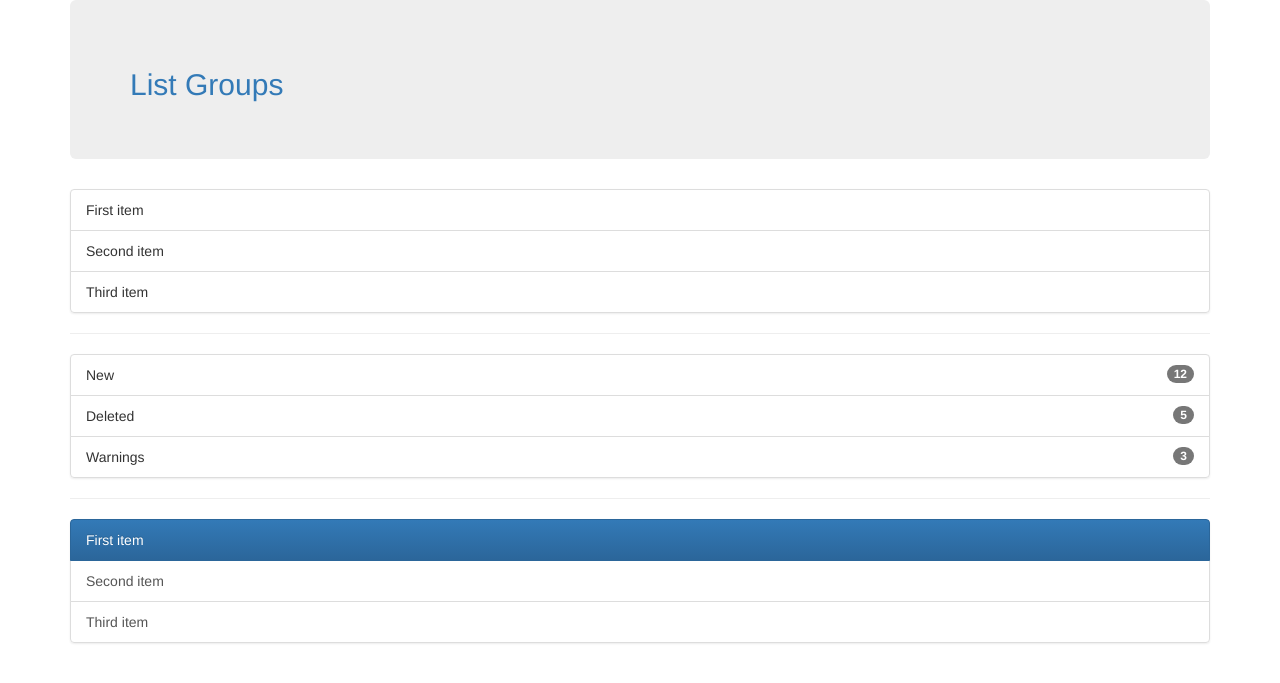
Repository: jksfoTemp/html-css-js
Page: -HTML5/bootstrap/listGroups.html
The author's editor kept a record of every edit. The page is drawn from the files as they stood at one moment, then again after the next edit.
The browser window is 1280 px wide. The pictures show the whole page.
Some web libraries are served in a nearby version.

Above is the page before.

### -HTML5/bootstrap/listGroups.html
<!DOCTYPE html>
<html lang="en">

<head>
    <title>Bootstrap - List Groups</title>
    <meta charset="utf-8">
    <meta name="viewport" content="width=device-width, initial-scale=1">

    <!-- <link rel="stylesheet" href="http://reset5.googlecode.com/hg/reset.min.css"> -->

    <!-- Latest compiled and minified CSS -->
    <link rel="stylesheet" href="https://maxcdn.bootstrapcdn.com/bootstrap/3.3.2/css/bootstrap.min.css">

    <!-- Optional theme -->
    <link rel="stylesheet" href="https://maxcdn.bootstrapcdn.com/bootstrap/3.3.2/css/bootstrap-theme.min.css">

    <script src="https://code.jquery.com/jquery-2.1.3.min.js"></script>

    <!-- Latest compiled and minified JavaScript -->
    <script src="https://maxcdn.bootstrapcdn.com/bootstrap/3.3.2/js/bootstrap.min.js">
    </script>

</head>

<body>
    <div class="container">
        <div class="jumbotron ">
            <h2><a href="http://www.w3schools.com/bootstrap/bootstrap_list_groups.asp">List Groups</a></h2>
        </div>

<ul class="list-group">
  <li class="list-group-item">First item</li>
  <li class="list-group-item">Second item</li>
  <li class="list-group-item">Third item</li>
</ul>
<hr />

<ul class="list-group">
  <li class="list-group-item"><span class="badge">12</span> New</li>
  <li class="list-group-item"><span class="badge">5</span> Deleted</li>
  <li class="list-group-item"><span class="badge">3</span> Warnings</li>
</ul>
<hr />

<div class="list-group">
  <a href="#" class="list-group-item active">First item</a>
  <a href="#" class="list-group-item">Second item</a>
  <a href="#" class="list-group-item">Third item</a>
</div>

    </div>
</body>

</html>

After the next edit:
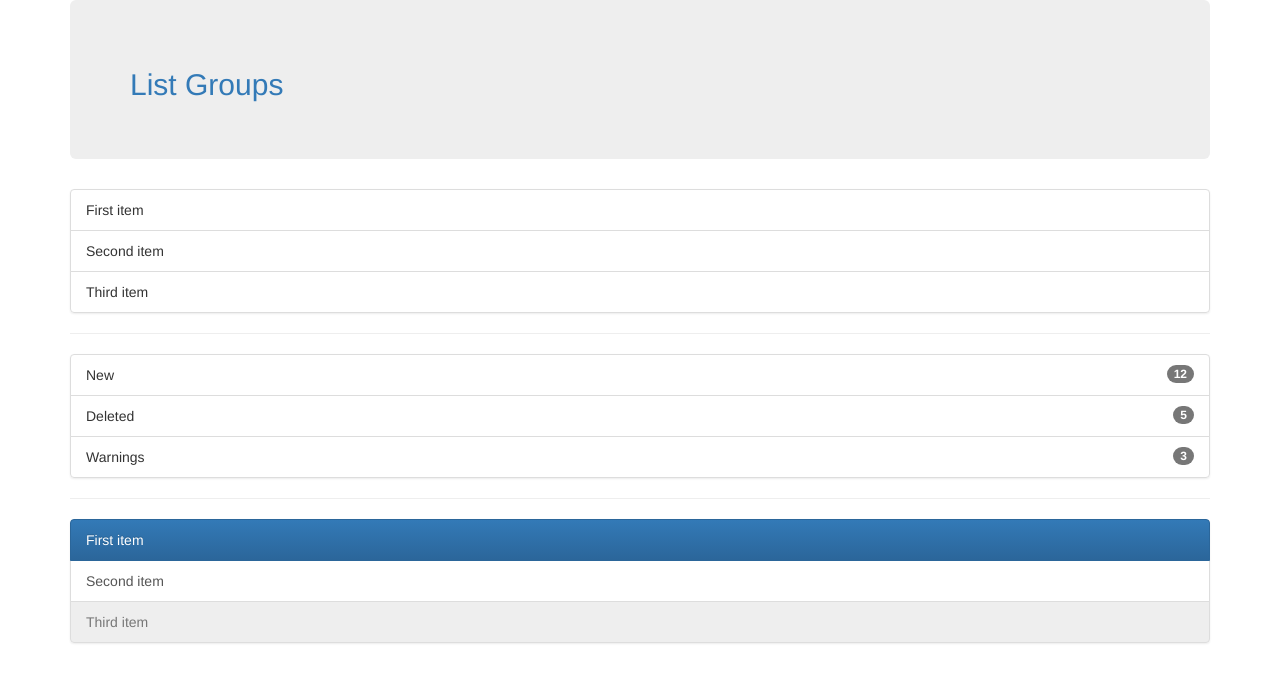
The edit:
--- a/-HTML5/bootstrap/listGroups.html
+++ b/-HTML5/bootstrap/listGroups.html
@@ -45,7 +45,7 @@
 <div class="list-group">
   <a href="#" class="list-group-item active">First item</a>
   <a href="#" class="list-group-item">Second item</a>
-  <a href="#" class="list-group-item">Third item</a>
+  <a href="#" class="list-group-item disabled">Third item</a>
 </div>
 
     </div>
